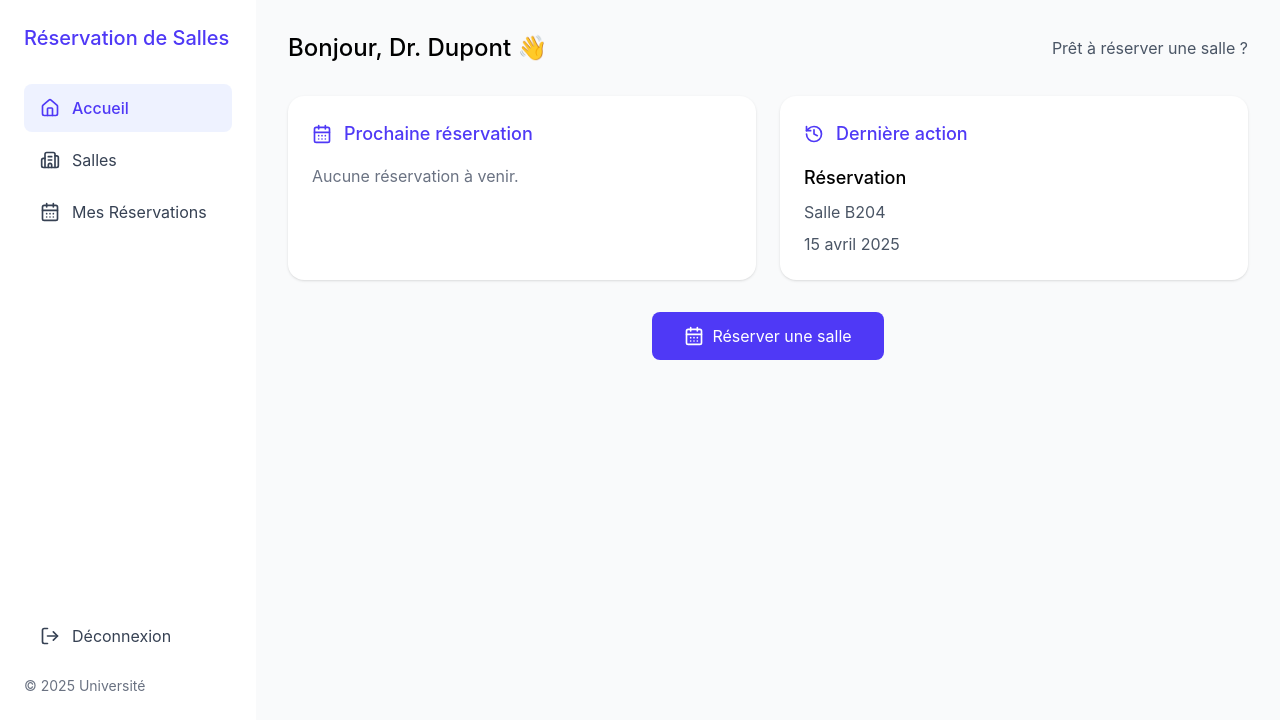
Repository: alaouii1/reservation-salles-front-V0.0.1
Page: /
The author's editor kept a copy of each file at every save. The page is drawn from the files as they stood at one save, then again after the next save.
The browser window is 1280 px wide. The pictures show the whole page.
The page's requests for data from a server got no answer. The project was rebuilt for these pictures with package versions that can differ from the ones it lists, and the page was loaded fresh each time. No one was signed in, and anything a server would have sent is missing. Also part of the build but not shown: vite.config.ts, src/services/salleService.ts, src/pages/Rooms.tsx, src/pages/Reservations.tsx.

Above is the page before, as saved 2025-04-24 14:53:38.

After the next save:
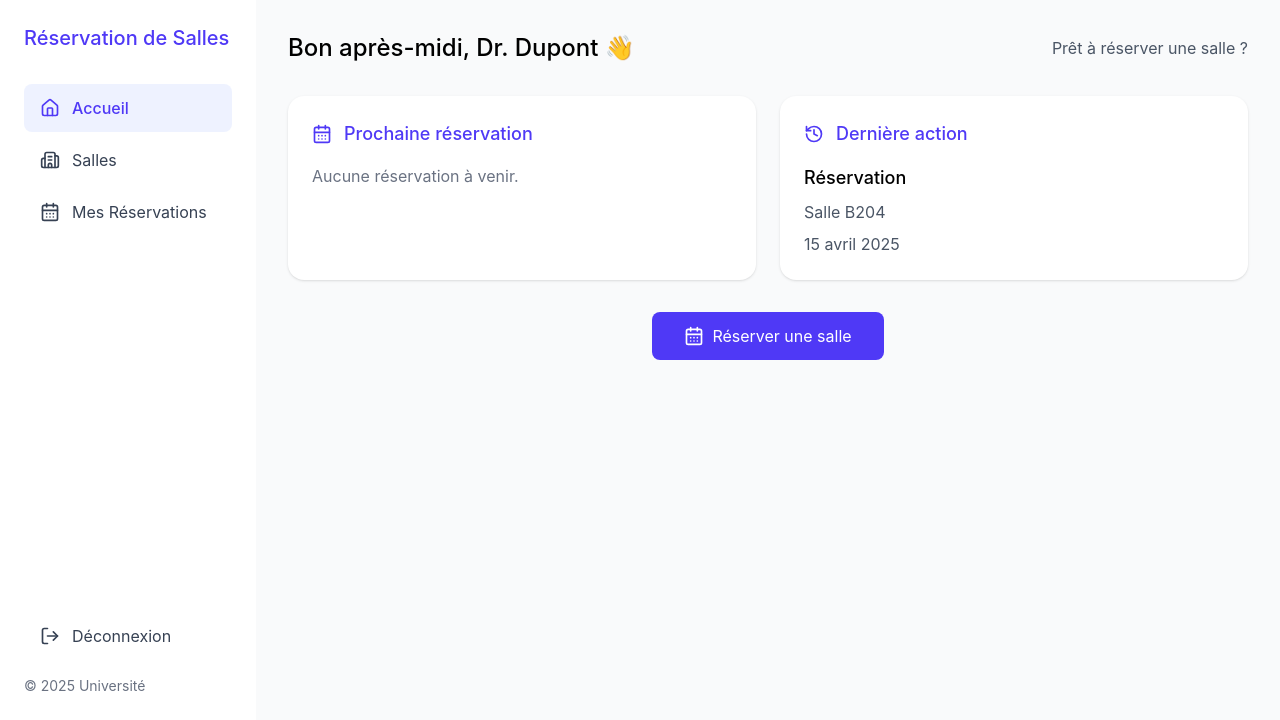
Saved 12 s later.
--- a/src/pages/Home.tsx
+++ b/src/pages/Home.tsx
@@ -37,8 +37,8 @@ const Home: React.FC = () => {
       <div className="max-w-7xl mx-auto">
         {/* Header */}
         <header className="flex justify-between items-center mb-8">
-          <h1 className="text-2xl font-medium">
-            Bonjour, Dr. Dupont <span role="img" aria-label="wave">👋</span>
+        <h1 className="text-2xl font-medium">
+            {getGreeting()}, Dr. Dupont <span role="img" aria-label="wave">👋</span>
           </h1>
           <button className="text-gray-600 hover:text-gray-800">
             Prêt à réserver une salle ?
